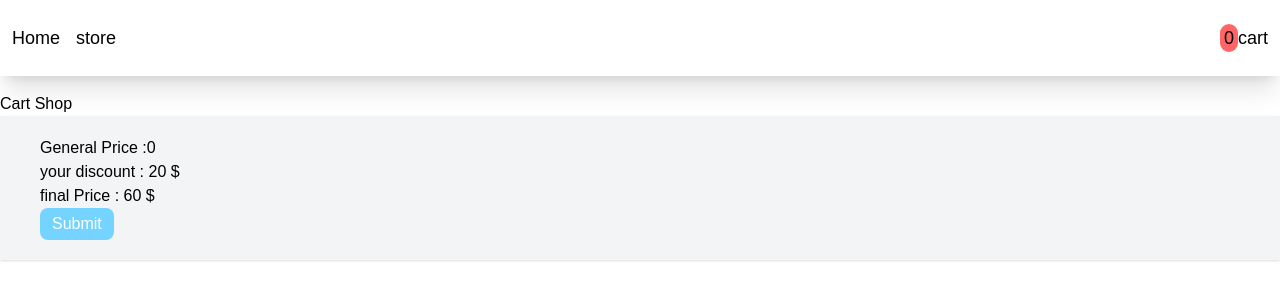
Repository: Rohullah-Noori/Nextjs-online-shop
Page: /cart
These files come from the project's save history. The page is drawn as it stood at one moment and after the next save; the edit follows.
The browser window is 1280 px wide. The pictures show the whole page.
The project was rebuilt for these pictures with package versions that can differ from the ones it lists, and the page was loaded fresh each time. The framework's server and built-in components were replaced by stand-ins that run in the browser. Requests to the local data server were answered from the project's data file. Also part of the build but not shown: next.config.ts, src/app/components/AddToCart.tsx, src/app/components/CartItem.tsx.

Above is the page before, as saved 2025-05-13 18:03:04.

### src/app/cart/page.tsx
"use client";

import React, { useEffect, useState } from "react";
import Container from "../components/Container";
import CartItem from "../components/CartItem";
import { useShopingContextCustim } from "../context/page";
import axios from "axios";
import { IProductsProps } from "../components/Products";
import { formatNumber } from "@/utils/number";

export default function Cart() {
  const { cart } = useShopingContextCustim();

  const [data, setData] = useState<IProductsProps[]>([]);
  const [discount, setDiscount] = useState("");

  useEffect(() => {
    axios(`http://localhost:3004/products`).then((res) => {
      const { data } = res;
      setData(data);
    });
  }, []);

  console.log(data);

  return (
    <Container>
      <h1>Cart Shop</h1>
      {cart.map((item) => (
        <CartItem key={item.id} {...item} />
      ))}

      <div className="shadow bg-gray-100 gap-y-3 px-10 py-5 ">
        <p>
          General Price :
          <span>
            {formatNumber(
              cart.reduce((total, item) => {
                const selectedproduct = data.find(
                  (product) => product.id == item.id.toString()
                );
                return total + (selectedproduct?.price ?? 0) * item.qty;
              }, 0)
            )}
          </span>
        </p>
        <p>
          your discount : <span>20 $</span>{" "}
        </p>
        <p>
          final Price : <span>60 $</span>
        </p>
        <div className=" flex justify-start gap-x-3">
          <button className=" px-3 py-1 rounded-lg bg-sky-300 text-white text-md">
            Submit
          </button>
          {/* <input
            type="text"
            value={"please enter your discount code"}
            className="w-[300px] bg-sky-50 rounded-lg px-3 text-gray-400"
          /> */}
        </div>
      </div>
    </Container>
  );
}

### src/app/components/Layout.tsx
import React from "react";
import Navbar from "./Navbar";

interface IlayoutProps {
  children: React.ReactNode;
}

export default function Layout({ children }: IlayoutProps) {
  return (
    <div>
      <Navbar />
      {children}
    </div>
  );
}

### src/app/context/page.tsx
"use client";
import React, { createContext, useContext, useState } from "react";

type IshopContextProps = {
  children: React.ReactNode;
};

type cartItems = {
  id: number;
  qty: number;
};

type TshopingContext = {
  cart: cartItems[];
  HandleincreasetoCard: (id: number) => void;
  getProductqty: (id: number) => number;
  totalitemsqty: number;
  handledecreasetoCard: (id: number) => void;
  RemovehandleSubmit: (id: number) => void;
};

const shopingContext = createContext({} as TshopingContext);

export const useShopingContextCustim = () => {
  return useContext(shopingContext);
};

export default function ConextShop({ children }: IshopContextProps) {
  const [cart, setCart] = useState<cartItems[]>([]);

  const getProductqty = (id: number) => {
    return cart.find((item) => item.id == id)?.qty ?? 0;
  };

  const totalitemsqty = cart.reduce((totalgqty, item) => {
    return totalgqty + item.qty;
  }, 0);

  const HandleincreasetoCard = (id: number) => {
    setCart((prev) => {
      const isnotExist = prev.find((item) => item.id === id) == null;
      if (isnotExist) {
        return [...prev, { id: id, qty: 1 }];
      } else {
        return prev.map((item) => {
          if (item.id == id) {
            return { ...item, qty: item.qty + 1 };
          } else {
            return item;
          }
        });
      }
    });
  };

  const handledecreasetoCard = (id: number) => {
    setCart((prev) => {
      const islastOne = prev.find((item) => item.id == id)?.qty == 1;
      if (islastOne) {
        return prev.filter((item) => item.id != id);
      } else {
        return prev.map((item) => {
          if (item.id == id) {
            return {
              ...item,
              qty: item.qty - 1,
            };
          } else {
            return item;
          }
        });
      }
    });
  };

  const RemovehandleSubmit = (id: number) => {
    setCart((prev) => {
      return prev.filter((item) => item.id != id);
    });
  };

  return (
    <shopingContext.Provider
      value={{
        cart,
        HandleincreasetoCard,
        getProductqty,
        totalitemsqty,
        handledecreasetoCard,
        RemovehandleSubmit,
      }}
    >
      {children}
    </shopingContext.Provider>
  );
}

### src/app/components/Container.tsx
import React from "react";
interface IContainerProps {
  children: React.ReactNode;
}

export default function Container({ children }: IContainerProps) {
  return <div className="container mx-auto">{children}</div>;
}

### src/utils/number.tsx
export function formatNumber(num: number) {
  return num.toString().replace(/\B(?=(\d{3})+(?!\d))/g, ",");
}

### src/app/components/Navbar.tsx
"use client";
import Link from "next/link";
import { usePathname } from "next/navigation";

import React from "react";
import Container from "./Container";
import { useShopingContextCustim } from "../context/page";

export default function Navbar() {
  const { totalitemsqty } = useShopingContextCustim();
  const pathname = usePathname();
  const navlinks = [
    {
      title: "Home",
      href: "/",
    },
    {
      title: "store",
      href: "/store",
    },
  ];

  return (
    <nav className="  flex p-3 mb-4 text-lg  shadow-xl  ">
      <Container>
        <div className="flex justify-between my-3 ">
          <div>
            {navlinks.map((item) => (
              <Link
                key={item.href}
                className={`mr-4 ${
                  pathname === item.href ? "text-sky-400" : ""
                }`}
                href={item.href}
              >
                {item.title}
              </Link>
            ))}
          </div>
          <div>
            <span className="bg-red-400 rounded-4xl p-1">{totalitemsqty}</span>
            <Link href="/cart">cart</Link>
          </div>
        </div>
      </Container>
    </nav>
  );
}

### database/db.json
{
  "products": [
    {
      "id": "1",
      "title": " Product 1",
      "price": 30,
      "description": "Kitchen sinks are essential for washing dishes, vegetables, and hands.\nKitchen lamps provide focused lighting for cooking and food preparation.\nCabinets store utensils, cookware, and pantry items in an organized way.\nCountertops offer space for chopping, mixing, and serving meals.\nStoves and ovens are central for cooking a variety of dishes.\nRefrigerators keep food fresh and beverages cold.\nThese materials make the kitchen functional, efficient, and enjoyable to use.",
      "image": "https://m.media-amazon.com/images/I/71r1BLOWnkL._AC_UF894,1000_QL80_.jpg"
    },
    {
      "id": "2",
      "title": " Product 2",
      "price": 10,
      "description": "Household cleaners like glass and ceramic cleaners help keep surfaces shiny and free from stains.\nThey remove dirt, grease, and bacteria, making the home healthier.\nGlass cleaners leave mirrors and windows streak-free and crystal clear.\nCeramic cleaners restore the shine of tiles and prevent mold growth.\nRegular use of these products extends the life of surfaces.\nThey also reduce unpleasant odors and leave a fresh scent.\nUsing the right cleaner makes cleaning faster and more effective.",
      "image": "https://media.istockphoto.com/id/510693044/photo/house-cleaning-product-on-wood-table.jpg?s=612x612&w=0&k=20&c=EZfeRCDgSMPnqG684zQBOqyNfDGx9JWTXS1Q2Lhrjy4="
    },
    {
      "id": "3",
      "title": " Product 3",
      "price": 20,

      "description": "Household cleaning tools like toothbrushes and bathroom brushes help maintain personal and home hygiene.\nToilet brushes are essential for keeping toilets clean and germ-free.\nShampoo is not only for hair but can also be used for gentle surface cleaning.\nCeramic cleaners remove stains and keep tiles shiny and fresh.\nKitchen floor cleaners remove grease and food residue for a safer cooking space.\nYard floor cleaners help",

      "image": "https://t3.ftcdn.net/jpg/01/91/32/34/360_F_191323402_W2ATUPr8dGHALHrvyX4WVlEDz4qXmmd9.jpg"
    },
    {
      "id": "4",
      "title": " Product 4",
      "price": 100,
      "description": "Bedroom essentials like pillows and beds provide comfort and support for restful sleep.\nSoft blankets and bed sheets add warmth and relaxation.\nCurtains help control light and add privacy to your room.\nClosets and drawers keep clothes and accessories organized.\nNightstands are useful for holding lamps, books, or phones.\nCarpets add a cozy feeling and reduce noise in the room.\nThese home materials make the bedroom more comfortable and functional.",
      "image": "https://a-static.besthdwallpaper.com/colorful-cartoon-design-with-open-door-and-household-items-wallpaper-1152x768-102826_36.jpg"
    },
    {
      "id": "5",
      "title": " Product 5",
      "price": 80,
      "description": "Chairs provide comfortable seating and come in various styles for different rooms.\nLamps add both light and ambiance, making spaces feel warm and inviting.\nWall art and paintings bring personality and color to your home.\nShelves and stands help organize books, plants, and decorative items.\nRugs define areas and add texture to floors.\nMirrors enhance light and make rooms appear more spacious.\nDecorations reflect your style and turn a house into a home.",
      "image": "https://plus.unsplash.com/premium_photo-1683133958062-12afa652a4fb?fm=jpg&q=60&w=3000&ixlib=rb-4.0.3&ixid=M3wxMjA3fDB8MHxzZWFyY2h8OXx8aG9tZSUyMGRlY29yfGVufDB8fDB8fHww"
    },
    {
      "id": "6",
      "title": " Product 6",
      "price": 5,
      "description": "Fruits are a natural source of vitamins, minerals, and fiber. They come in a variety of colors, shapes, and flavors. Eating fruits regularly helps boost your immune system. Some common fruits include apples, bananas, oranges, and grapes. Fruits are a delicious and healthy snack for any time of day.Many fruits grow on trees, bushes, or vines depending on the type. Tropical fruits like mangoes and pineapples thrive in warm climates.",

      "image": "https://t3.ftcdn.net/jpg/06/06/15/56/360_F_606155606_rFYHJP0uKgPNdpT3NoDbucxp0h38rlWb.jpg"
    }
  ],
  "discount": [
    {
      "id": 1,
      "code": "0099",
      "percentage": 10
    },
    {
      "id": 2,
      "code": "ev00",
      "percentage": 20
    },
    {
      "id": 3,
      "code": "11o2",
      "percentage": 30
    },
    {
      "id": 4,
      "code": "10m1",
      "percentage": 40
    }
  ]
}

Loaded but not shown: src/app/layout.tsx (common file); src/app/globals.css (common file)

After the next save:
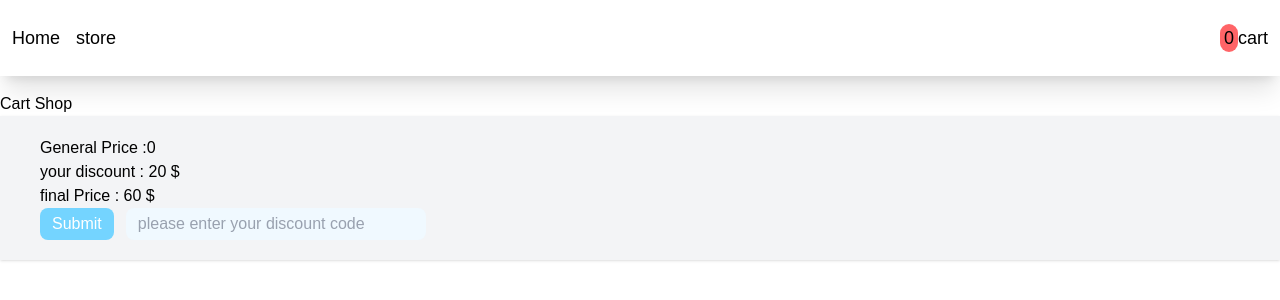
Saved 32 s later.
--- a/src/app/cart/page.tsx
+++ b/src/app/cart/page.tsx
@@ -54,11 +54,12 @@ export default function Cart() {
           <button className=" px-3 py-1 rounded-lg bg-sky-300 text-white text-md">
             Submit
           </button>
-          {/* <input
+          <input
             type="text"
             value={"please enter your discount code"}
             className="w-[300px] bg-sky-50 rounded-lg px-3 text-gray-400"
-          /> */}
+            onChange={(e) => setDiscount(e.target.value)}
+          />
         </div>
       </div>
     </Container>
